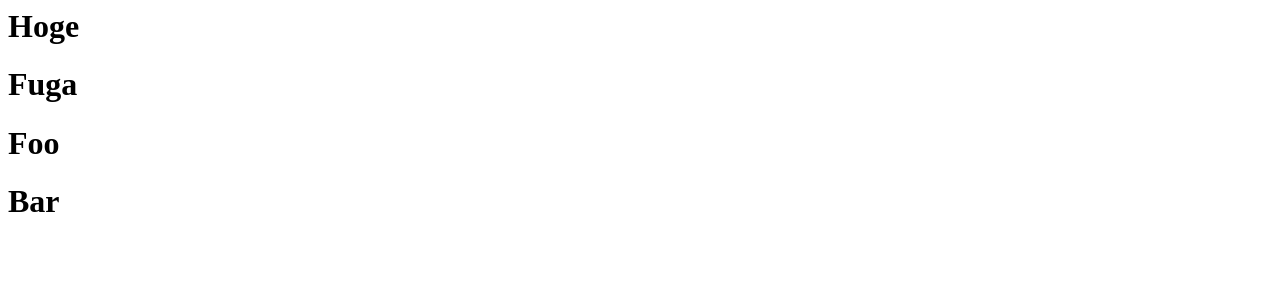
Repository: xki7-ko/samurai_HTML-CSS
Page: index.html
The author's editor kept a record of every edit. The page is drawn from the files as they stood at one moment, then again after the next edit.
The browser window is 1280 px wide. The pictures show the whole page.

Above is the page before.

After the next edit:
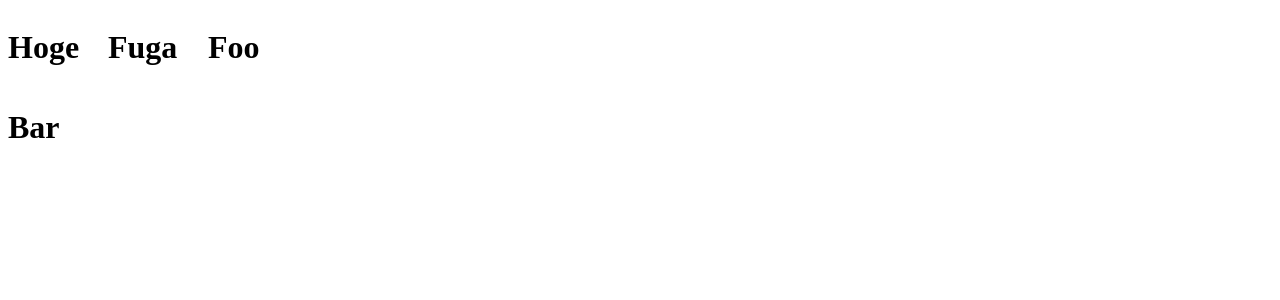
The edit:
--- a/index.html
+++ b/index.html
@@ -8,7 +8,7 @@
         </style>
     </head>
     <body>
-    <div id="no-wrap">
+    <div id="grid">
          <h1>Hoge</h1>
         <h1>Fuga</h1>
         <h1>Foo</h1>
